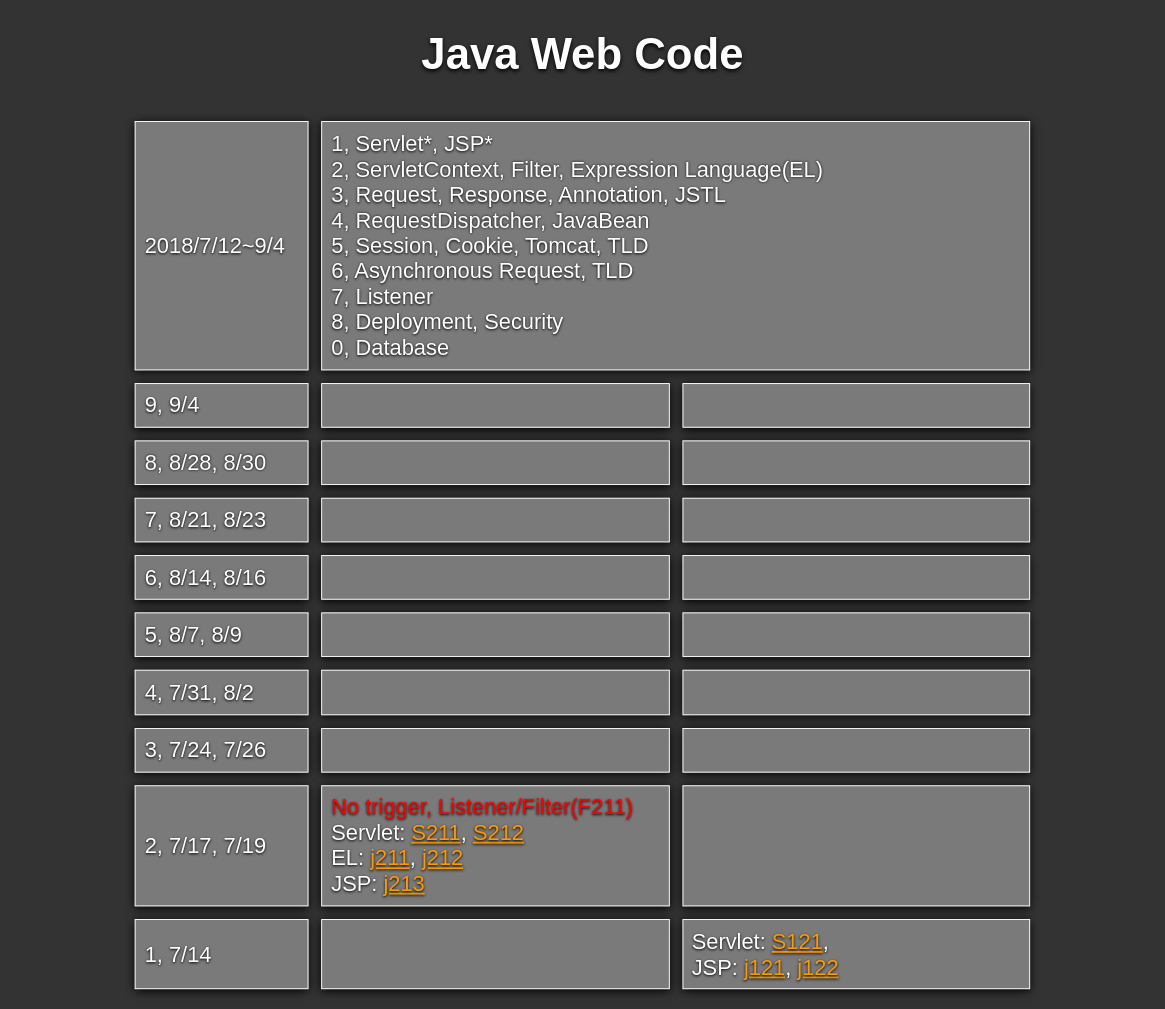
Repository: anxhuang/Java_Web
Page: http://localhost/code/
The author's editor kept a copy of each file at every save. The page is drawn from the files as they stood at one save, then again after the next save.
The browser window is 1280 px wide. The pictures show the whole page, at 91% of full size.
The page is served by Tomcat 9.

Above is the page before, as saved 2018-07-19 10:25:26.

After the next save:
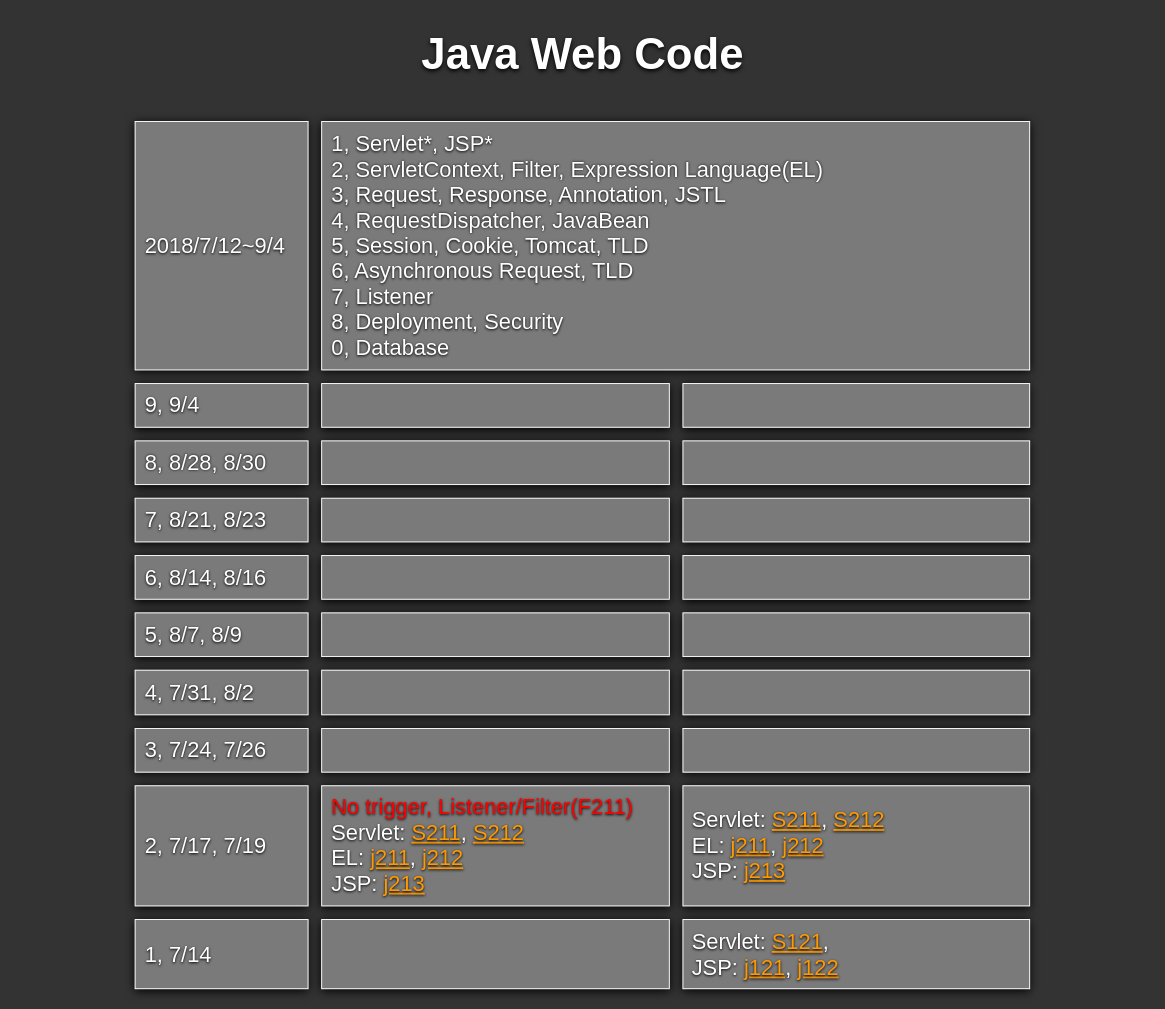
Saved 15 min 59 s later.
--- a/code/WebContent/index.html
+++ b/code/WebContent/index.html
@@ -113,7 +113,18 @@
 					JSP:
 					<a href="j213.jsp">j213</a>
 				</td>
-				<td></td>
+				<td>
+					Servlet:
+					<a href="S221">S211</a>,
+					<a href="S222">S212</a>
+					<br>
+					EL:
+					<a href="j221.jsp">j211</a>,
+					<a href="j222.jsp">j212</a>
+					<br>
+					JSP:
+					<a href="j223.jsp">j213</a>
+				</td>
 			</tr>
 			<tr>
 				<td>1, 7/14</td>
